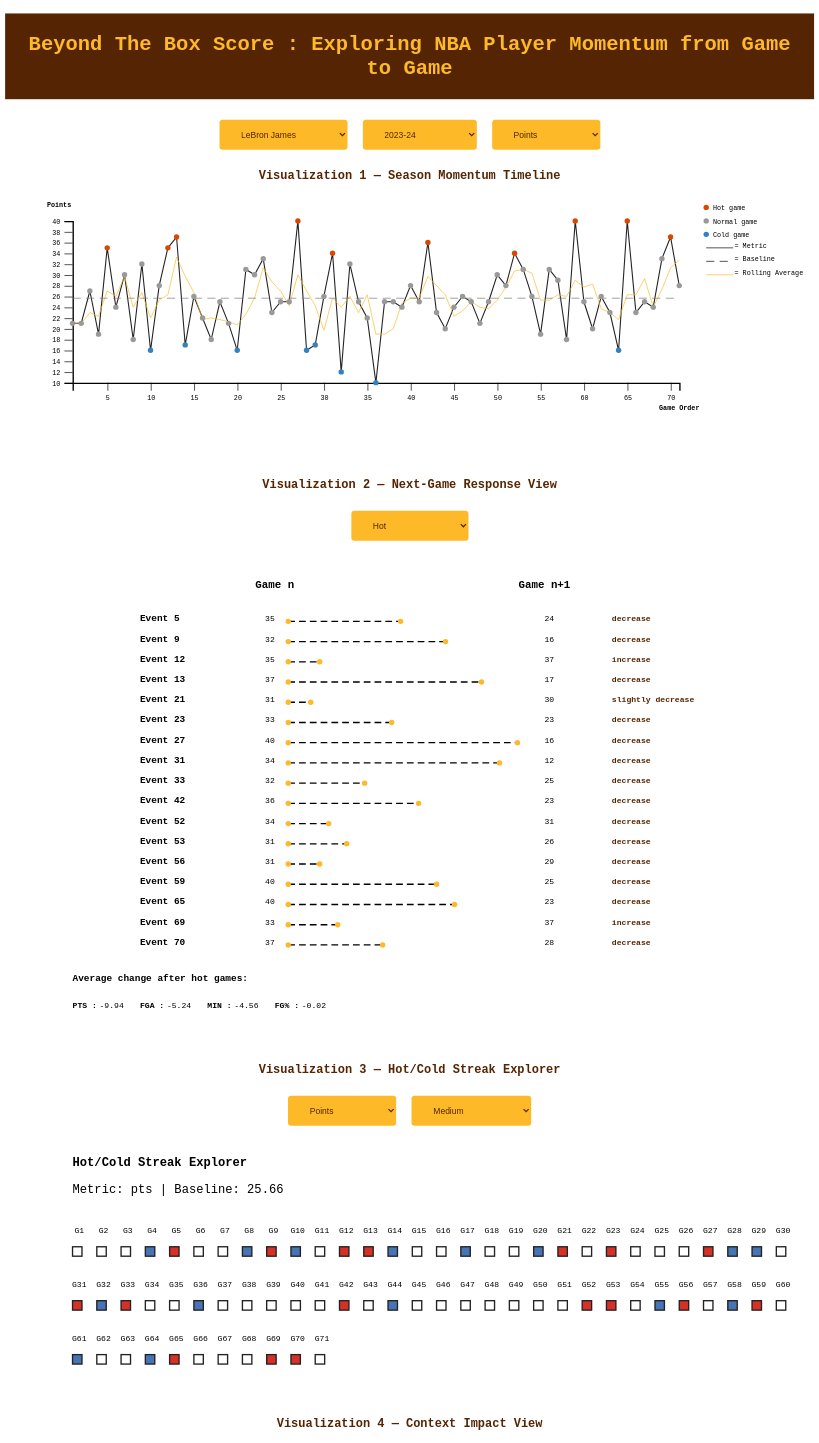
Repository: houdafatih/Data-Viz-Project
Page: index.html
These files come from the project's save history. The page is drawn as it stood at one moment and after the next save; the edit follows.
The browser window is 1280 px wide. The pictures show the whole page, at 64% of full size.

Above is the page before, as saved 2026-06-21 02:47:20.

### index.html
<!DOCTYPE html>
<html>
   <head>
    <meta charset="UTF-8"/>
    <title>Beyond The Box Score</title>
    <link rel="stylesheet" href="style.css" >
  </head>
  <body>
     <h1>Beyond The Box Score : Exploring NBA Player Momentum from Game to Game</h1>

     <div class="selection">
        <select id="playerSelect">
            <option selected disabled>Select a Player</option>
        </select>

        <select id="seasonSelect">
            <option selected disabled>Select a Season</option>
        </select>

        <select id="metricSelect">
            <option selected disabled>Select a metric</option>
            <option value="pts">Points</option>
            <option value="fga">FGA</option>
            <option value="min">Minutes</option>
            <option value="fg_pct">FG%</option>
            <option value="plus_minus">Plus/Minus</option>
        </select>
     </div>

     <h3>Visualization 1 — Season Momentum Timeline</h3>
     <div id="vizual1"></div>

     <h3>Visualization 2 — Next-Game Response View</h3>
     <div class="selection">
        <select id="performanceSelect">
            <option selected disabled>Select event type</option>
            <option value="all">All</option>
            <option value="hot">Hot</option>
            <option value="cold">Cold</option>
            <option value="normal">Normal</option>
        </select>
     </div>
     <div id="vizual2"></div>

     <h3>Visualization 3 — Hot/Cold Streak Explorer</h3>
     <div class="selection">
        <select id="metricSelectV3">
            <option selected disabled>Select a metric</option>
            <option value="pts">Points</option>
            <option value="fga">FGA</option>
            <option value="min">Minutes</option>
            <option value="fg_pct">FG%</option>
            <option value="plus_minus">Plus/Minus</option>
        </select>
        <select id="thresholdSelect">
        <option selected disabled>Select a threshold</option>
            <option value="loose">Loose</option>
            <option value="medium">Medium</option>
            <option value="strict">Strict</option>
        </select>
     </div>
     <div id="vizual3"></div>


     <h3>Visualization 4 — Context Impact View</h3>
     <div id="vizual4"></div>

  </body>
  <script src="https://d3js.org/d3.v7.min.js"></script>
  <script type="module" src="index.js"></script>
</html>

### style.css
body{
    padding: 0px;
}
h1{
  text-align: center;
  font-size: 2rem;
  font-family: "Courier New", Courier, monospace;
  color : #fdb927;
  background-color: #552503;
  padding: 30px;

}
.selection{
    text-align: center;
}
select{
    margin: 10px;
    padding: 15px 30px;
    border-radius: 5px;
    border: none;
    background: #fdb927;
    color:#552503;

}
select option:hover{
    background-color: #fdb927;
}



h3{
    color: #552503;
    font-family: "Courier New", Courier, monospace;
    text-align: center;
}
.tick{
    font-size: 5px;
}
line{
    stroke-width: 0.5px;
}
.label{
    color: #552503;
    font-family: "Courier New", Courier, monospace;
    font-weight: bold;
}

.tooltip{
    position: fixed;
    background: wheat;
    border: 1px solid #ccc;
    padding: 10px;
    font-size: 15px;
    opacity: 0;
    pointer-events: none;

}
text{
    font-family: "Courier New", Courier, monospace;
}
.tooltip2{
    position: fixed;
    background: #fdb927;
    border: 1px solid #ccc;
    padding: 10px;
    font-size: 15px;
    visibility: hidden;
    pointer-events: none;
}
.line2{
    stroke-width: 1px;
}

### index.js
import {playersData,seasonData} from "./scripts/utils.js";
import { drawVisualization1 } from "./scripts/visualization1.js";
import { drawVisualization2 } from "./scripts/visualization2.js";
import { drawVisualization3 } from "./scripts/visualization3.js";

d3.csv("data/nba.csv").then(function(data){

   data.forEach(element => {
        element.player_id = +element.player_id
        element.game_index = +element.game_index
        element.pts = +element.pts
        element.fga = +element.fga
        element.min = +element.min
        element.fg_pct = +element.fg_pct
        element.plus_minus = +element.plus_minus
        element.next_pts = +element.next_pts
        element.next_fga = +element.next_fga
        element.next_min = +element.next_min
        element.next_fg_pct = +element.next_fg_pct
        element.rolling_pts_avg_3 = +element.rolling_pts_avg_3
        element.baseline_pts = +element.baseline_pts
        element.pts_diff_from_baseline = +element.pts_diff_from_baseline
        element.streak_length = +element.streak_length
   });

   playersData(data)
   seasonData(data)

   const nba_data = data

   d3.select("#playerSelect").property("value",nba_data[0].player_name)

   d3.select("#seasonSelect").property("value",nba_data[0].season_year)

   d3.select("#metricSelect").property("value","pts")

   d3.select("#performanceSelect").property("value","hot")

   d3.select("#metricSelectV3").property("value","pts")

   d3.select("#thresholdSelect").property("value","medium")

   updateVisualizations(nba_data)


   d3.select("#playerSelect").on("change",() => updateVisualizations(nba_data))
   d3.select("#seasonSelect").on("change",() => updateVisualizations(nba_data))
   d3.select("#metricSelect").on("change",() => updateVisualizations(nba_data))
   d3.select("#performanceSelect").on("change",() => updateVisualizations(nba_data))
   d3.select("#metricSelectV3").on("change",() => updateVisualizations(nba_data))
   d3.select("#thresholdSelect").on("change",() => updateVisualizations(nba_data))

})

function updateVisualizations(nba_data){
    const player = d3.select("#playerSelect").property("value")
    const season = d3.select("#seasonSelect").property("value")
    const metric = d3.select("#metricSelect").property("value")

    const eventT = d3.select("#performanceSelect").property("value")

    const metricv3 = d3.select("#metricSelectV3").property("value")
    const threshold =d3.select("#thresholdSelect").property("value")

    if(player === "Select a Player" || season === "Select a Season" || metric === "Select a metric"){
        return
    }

    let data_filter = nba_data.filter(d => d.player_name === player && d.season_year == season)
    drawVisualization1(data_filter,"#vizual1",metric)

    if(eventT === "Select event type"){
        return
    }
    drawVisualization2(data_filter,"#vizual2",metric,eventT)

    if(metricv3 === "Select a metric" || threshold === "Select a threshold"){
        return
    }
    drawVisualization3(data_filter,"#vizual3",metricv3,threshold)
}

### scripts/utils.js
export function playersData(data){
    const players_list = [...new Set(data.map(dt => dt.player_name))]

    d3.select("#playerSelect").selectAll(".players-options").data(players_list)
    .enter().append("option").attr("class","players-options").attr("value",dt=>dt).text(dt => dt)
}

export function seasonData(data){
    const seasons_list = [...new Set(data.map(dt => dt.season_year))]
    d3.select("#seasonSelect").selectAll(".seasons-options").data(seasons_list)
    .enter().append("option").attr("class","seasons-options").attr("value",dt=>dt).text(dt => dt)
}

### scripts/visualization1.js
export function drawVisualization1(data,id,metric){
     if(data.length === 0) {
        clearCanvas(id)
        return
    }
     const canvas = createCanvas()

     clearCanvas(id)

     const svg = addSvg(id,canvas)
     const sc = addScales(data,canvas,metric)

     addAxes(svg,sc,canvas)
     addMetricLine(svg,sc,data,metric)
     addAverageLine(svg,sc,data,metric)
     addBaselineLine(svg,sc,data,metric)
     addPoints(svg,sc,data,metric)
     addLabels(svg,canvas,metric)

     addLegends(svg,canvas)
}

function createCanvas(){
    return{
        width : 600, height: 200, margin:{top: 20,right:100, bottom:60, left:50}
    }
}

function clearCanvas(id){
    d3.select(id).html("")
}

function addSvg(id,canvas){
    return d3.select(id).append("svg").attr("viewBox",`0 0 ${canvas.width} ${canvas.height}`)
}

function addScales(data,canvas,metric){
    const xScale =
    d3.scaleLinear().domain(d3.extent(data,dt => dt.game_index))
    .range([canvas.margin.left,canvas.width - canvas.margin.right])

    const yScale =
      d3.scaleLinear().domain([d3.min(data,d => d[metric]),d3.max(data,d => d[metric])])
      .nice().range([canvas.height - canvas.margin.bottom,canvas.margin.top])

    return {xScale,yScale}
}

function addAxes(svg, scales, canvas){
    svg.append("g").attr("transform",`translate(0, ${canvas.height - canvas.margin.bottom})`)
    .call(d3.axisBottom(scales.xScale))

    svg.append("g").attr("transform",`translate(${canvas.margin.left},0)`)
    .call(d3.axisLeft(scales.yScale))
}

function addMetricLine(svg,scales,data,metric){
    let line = d3.line().x(d => scales.xScale(d.game_index)).y(d => scales.yScale(d[metric]))

    svg.append("path").datum(data).attr("fill","none").attr("stroke","#222")
     .attr("stroke-width",0.8).attr("d",line)
}

function addAverageLine(svg,scales,data,metric){
    if(metric != "pts") return
    let avg_line = d3.line().x(d => scales.xScale(d.game_index)).y(d => scales.yScale(d.rolling_pts_avg_3))

    svg.append("path").datum(data).attr("fill","none").attr("stroke","#fdb927")
     .attr("stroke-width",0.5).attr("d",avg_line)
}

function addBaselineLine(svg,scales,data,metric){

    let base_line = d3.mean(data,d => d[metric])


    svg.append("line")
    .attr("x1",scales.xScale(d3.min(data,dt => dt.game_index))).attr("x2",scales.xScale(d3.max(data,dt => dt.game_index)))
    .attr("y1",scales.yScale(base_line)).attr("y2",scales.yScale(base_line))
    .attr("stroke","#777").attr("stroke-dasharray","6 4")
}

function addPoints(svg,scales,data,metric){
    const tooltip = toolTip()

    svg.selectAll("circle").data(data).enter()
     .append("circle").attr("class","game-pt")
     .attr("cx", d => scales.xScale(d.game_index))
     .attr("cy",d => scales.yScale(d[metric]))
     .attr("r",2).attr("fill",d => colorPoint(d.performance_label))
     .on("mouseover",function(event,d){
        d3.select(this).attr("r",3)
        tooltip.style("opacity",1).html(tooltipInformations(d))
     })
     .on("mousemove",function(event){
        tooltip.style("left",event.clientX+15+"px")
          .style("top",event.clientY-20+"px")
     })
     .on("mouseout",function(){
        d3.select(this)
        .attr("r",2)
        tooltip.style("opacity",0)
     })
     //.on("click",function(event,d){
       // highlightGameandNextGame(svg,data,d)
    // })



}

function colorPoint(perf){
    if(perf === "hot") return "#d94801"
    if(perf === "cold") return "#3182bd"
    return "#999"
}

function addLabels(svg,canvas,metric){
    svg.append("text").attr("class","label")
    .attr("x",canvas.width - 100).attr("y",canvas.height-40)
    .attr("text-anchor","middle").attr("font-size","5px")
    .text("Game Order")

    svg.append("text").attr("class","label")
    .attr("x",40).attr("y",10)
    .attr("text-anchor","middle").attr("font-size","5px")
    .text(metricName(metric))
}

function metricName(metric){
    if(metric === "pts") return "Points"
    if(metric === "fga") return "Field Goal Attempts"
    if(metric === "min") return "Minutes"
    if(metric === "fg_pct") return "Field Goal Percentage"
    if(metric === "plus_minus") return "Plus / Minus"
}

function addLegends(svg,canvas){
    const lg = svg.append("g").attr("transform",
        `translate(${canvas.width - canvas.margin.right+20},${canvas.margin.top-10})`)


    lg.append("circle").attr("cx",0).attr("cy",0).attr("r",2).attr("fill","#d94801")
    lg.append("text").attr("x",5).attr("y",2).text("Hot game").attr("font-size","5px")

    lg.append("circle").attr("cx",0).attr("cy",10).attr("r",2).attr("fill","#999")
    lg.append("text").attr("x",5).attr("y",12).text("Normal game").attr("font-size","5px")

    lg.append("circle").attr("cx",0).attr("cy",20).attr("r",2).attr("fill","#3182bd")
    lg.append("text").attr("x",5).attr("y",22).text("Cold game").attr("font-size","5px")


    lg.append("line").attr("x1",0).attr("x2",20).attr("y1",30).attr("y2",30)
    .attr("stroke","black").attr("stroke-width",2)
    lg.append("text").attr("x",21).attr("y",30).text(" = Metric").attr("font-size","5px")

    lg.append("line").attr("x1",0).attr("x2",20).attr("y1",40).attr("y2",40)
    .attr("stroke","black").attr("stroke-dasharray","6 4")
    lg.append("text").attr("x",21).attr("y",40).text(" = Baseline").attr("font-size","5px")

    lg.append("line").attr("x1",0).attr("x2",20).attr("y1",50).attr("y2",50)
    .attr("stroke-width",2).attr("stroke","#fdb927")
    lg.append("text").attr("x",21).attr("y",50).text(" = Rolling Average").attr("font-size","5px")
}

function toolTip(){
    let tooltip = d3.select("body").select(".tooltip")
    if(tooltip.empty()){
        tooltip = d3.select("body").append("div").attr("class","tooltip")
    }

    return tooltip
}

function tooltipInformations(data){
    return `<strong> Game ${data.game_index} </strong><br>
            Date : ${data.game_date}<br>
            Home/Away : ${data.home_away}<br>
            Points : ${data.pts}<br>
            Minutes : ${data.min}<br>
            FGA : ${data.fga}<br>
            Next Game Points : ${data.next_pts}<br>`
}

function highlightGameandNextGame(svg,data,selected){
    const nextG = data.find(d => d.game_index === selected.game_index + 1)

    svg.selectAll(".game-point").attr("r",8).attr("stroke","none").attr("opacity",0.4)

    svg.selectAll(".game-point").filter(d => d.game_index === selected.game_index)
    .attr("stroke","black").attr("stroke-width",3).attr("r",5).attr("opacity",1)

    if(nextG){
        svg.selectAll(".game-point").filter(d => d.game_index === nextG.game_index)
       .attr("stroke","#3182bd").attr("stroke-width",3).attr("r",8).attr("opacity",1)
    }
}

### scripts/visualization2.js
export function drawVisualization2(data,id,metric,eventT){
    if(data.length === 0) {
        clearCanvas(id)
        return
    }


     let new_data = createData(data,metric)

     if(eventT !== "all"){
        new_data = new_data.filter(d => performance_filter(d.current_g,data,metric) === eventT)
     }

     const canvas = createCanvas(new_data)

     clearCanvas(id)

     const svg = addSvg(id,canvas)

     draw_Header(svg,200,400)
     draw_Rows(svg,new_data,200,400,canvas.margin,15)
     addSummaryCard(svg,new_data,eventT,canvas)

}
function createCanvas(new_data){
    return{
        width : 600, height: 100 + new_data.length *16 , margin:{top: 20,right:100, bottom:60, left:50}
    }
}

function clearCanvas(id){
    d3.select(id).html("")
}

function addSvg(id,canvas){
    return d3.select(id).append("svg").attr("viewBox",`0 0 ${canvas.width} ${canvas.height}`)
}

function createData(data,metric){
   const new_data = data.slice().sort((a,b) => a.game_index - b.game_index)

   return new_data.slice(0,-1).map((d,j) => {
      const nextG = new_data[j+1]

      return {
        eventN: j+1,
        game_idx : d.game_index,
        nextg_index : nextG.game_index,
        current_v: d[metric],
        next_v : nextG[metric],
        difference : nextG[metric] - d[metric],
        current_g : d,
        next_g : nextG
      }
   })
}

function draw_Header(svg,left,right){
    svg.append("text").attr("x",left).attr("y",30)
    .attr("text-anchor","middle").attr("font-weight","bold").attr("font-size","8px").text("Game n")

    svg.append("text").attr("x",right).attr("y",30)
    .attr("text-anchor","middle").attr("font-weight","bold").attr("font-size","8px").text("Game n+1")

}

function draw_Rows(svg,new_data,left,right,margin,r_height){
    const tooltip = toolTip2(new_data)

    const rows = svg.selectAll(".response-row").data(new_data).enter()
     .append("g").attr("class","response-row")
     .attr("transform",(d,j) => `translate(0,${margin.top+j*r_height})`)

    rows.append("text").attr("x",100).attr("y",35).text(d =>`Event ${d.eventN}` )
     .attr("font-size","7px").attr("font-weight","bold")
    rows.append("text").attr("x",left).attr("y",35).attr("text-anchor","end").text(d => d.current_v).attr("font-size","6px")

    const line_scale = d3.scaleLinear().domain([0,d3.max(new_data, d => Math.abs(d.difference))]).range([20,180])

    rows.append("line").attr("x1",left+10).attr("class","line2")
    .attr("x2",d => { const l= line_scale(Math.abs(d.difference))
        return left+l

    })
    .attr("y1",35).attr("y2",35).attr("stroke","black").attr("stroke-dasharray","5 3")
    .on("mouseover",function(event,d){
        tooltip.style("visibility","visible").html(tooltipInformations2(d))
     })
     .on("mousemove",function(event){
        tooltip.style("left",event.clientX+15+"px")
          .style("top",event.clientY-20+"px")
     })
     .on("mouseout",function(){
        tooltip.style("visibility","hidden")
     })

    rows.append("circle").attr("cx",left+10).attr("cy",35).attr("r",2).attr("fill","#fdb927")
    rows.append("circle").attr("cx",d => { const l= line_scale(Math.abs(d.difference))
        return left+l

    }).attr("cy",35).attr("r",2).attr("fill","#fdb927")

    rows.append("text").attr("x",right).attr("y",35).text(d => d.next_v).attr("font-size","6px")

    rows.append("text").attr("x",right+50).attr("y",35).text(d => difference_label(d.difference))
    .attr("font-size","6px").attr("fill","#552503").attr("font-weight","bold")

}

function difference_label(diff){
    if(diff > 1) return "increase"
    if(diff < -1) return "decrease"
    if(diff < 0) return "slightly decrease"
    if(diff > 0) return "slightly increase"
    return "stable"
}

function performance_filter(d,data,metric){
   const bLine = d3.mean(data,dt => dt[metric])
   const th = Math.abs(bLine) * 0.2
   const dv = d[metric] - bLine

   if(dv > th) return "hot"
   if(dv < -th) return "cold"
   return "normal"
}

function addSummaryCard(svg,new_data,eventT,canvas){

    svg.append("text").attr("x",50).attr("y",canvas.height-50)
    .attr("font-weight","bold").text(`Average change after ${eventT} games:`).attr("font-size","7px")

    const metrics_change = new_data.map(d => {
        const pts = d.current_g["next_pts"] - d.current_g["pts"]
        const fga = d.current_g["next_fga"] - d.current_g["fga"]
        const min = d.current_g["next_min"] - d.current_g["min"]
        const fg_pct = d.current_g["next_fg_pct"] - d.current_g["fg_pct"]

        return {"pts":pts,"fga":fga,"min":min,"fg_pct":fg_pct}
    })

    const means = [
        {"avg":d3.mean(metrics_change,d => d.pts),"name":"PTS"},
        {"avg":d3.mean(metrics_change,d => d.fga),"name":"FGA"},
        {"avg":d3.mean(metrics_change,d => d.min),"name":"MIN"},
        {"avg":d3.mean(metrics_change,d => d.fg_pct),"name":"FG%"}
    ]

    means.forEach((element,i) => {
        let position = canvas.margin.left+i*50
        svg.append("text").attr("x",position).attr("y",canvas.height-30)
        .attr("font-size","6px").attr("font-weight","bold")
        .text(`${element.name} : `)
        svg.append("text").attr("x",position+20).attr("y",canvas.height-30)
        .attr("font-size","6px")
        .text(`${element.avg.toFixed(2)}`)

    });

}

function toolTip2(){
    let tooltip = d3.select("body").select(".tooltip2")
    if(tooltip.empty()){
        tooltip = d3.select("body").append("div").attr("class","tooltip2")
    }

    return tooltip
}

function tooltipInformations2(data){
    console.log(data)
    return `<strong> Game n - Date: ${data.current_g["game_date"]} </strong><br>
            <strong> Game n - Opponent: ${data.current_g["opponent"]} </strong><br>
            <strong> Game n - Points: ${data.current_g["pts"]} </strong><br>
            <strong> Game n+1 - Date: ${data.next_g["game_date"]} </strong><br>
            <strong> Game n+1 - Opponent: ${data.next_g["opponent"]} </strong><br>
            <strong> Game n+1 - Points: ${data.next_g["pts"]} </strong><br>
    `
}

### scripts/visualization3.js
export function drawVisualization3(data,id,metric,threshold){
     if(data.length === 0) {
        clearCanvas(id)
        return
    }
     const canvas = createCanvas()

     clearCanvas(id)

     const svg = addSvg(id,canvas)

     const baseline_classif = calculateBaselineAndClassifyGames(data,metric)
     const scale = colorScale()

     addTitle(svg,canvas,baseline_classif.baseline,metric)

     addLablels(svg,baseline_classif.classification,canvas)

     addCells(svg,baseline_classif.classification,canvas,scale)

}

function createCanvas(){
    return{
        width : 600, height: 200, margin:{top: 20,right:100, bottom:60, left:50}
    }
}

function clearCanvas(id){
    d3.select(id).html("")
}

function addSvg(id,canvas){
    return d3.select(id).append("svg").attr("viewBox",`0 0 ${canvas.width} ${canvas.height}`)
}

function calculateBaselineAndClassifyGames(data,metric)
{
  const baseline = d3.mean(data,dt=> dt[metric])

  const classification = data.map((d,j)=> {
    let perf_label = ""
    if(d[metric] > baseline + 5){
        perf_label = "hot"
    }else if(d[metric] < baseline - 5){
        perf_label = "cold"
    }
    else perf_label = "normal"

    return {
        ...d,
        g_num : j+1,
        perf_label:perf_label,
        difference : d[metric] - baseline
    }
  })

    return{
        baseline : baseline,
        classification : classification
    }
}

function colorScale(){
    const color_sc = d3.scaleOrdinal()
    .domain(["hot","normal","cold"])
    .range(["#d73027","#fff","#4575b4"])
    return color_sc
}

function addTitle(svg,canvas,baseline,metric){
    svg.append("text").attr("x",canvas.margin.left).attr("y",25).attr("font-size","9px")
    .attr("font-weight","bold").text("Hot/Cold Streak Explorer")

    svg.append("text").attr("x",canvas.margin.left).attr("y",45).attr("font-size","9px")
    .text(`Metric: ${metric} | Baseline: ${baseline.toFixed(2)}`)
}

function addLablels(svg, classification,canvas){
    const num = 30
    svg.selectAll(".game-label").data(classification).enter().append("text").attr("class","game-label")
    .attr("x",(d,j) => canvas.margin.left + (j%num) * 18 + 10 /2).attr("y",(d,j) => 75 + (Math.floor(j/num))*40)
    .attr("text-anchor","middle").attr("font-size","6px").text(d => `G${d.g_num}`)
}

function addCells(svg, classification,canvas,scale){
    const num = 30
    svg.selectAll(".game-cell").data(classification).enter().append("rect").attr("class","game-cell")
    .attr("x",(d,j) => canvas.margin.left + (j%num) * 18).attr("y",(d,j) => 85 + (Math.floor(j/num))*40).attr("width",7).attr("height",7)
    .attr("fill",d => scale(d.perf_label)).attr("stroke","#222").attr("stroke-width",1)
}

After the next save:
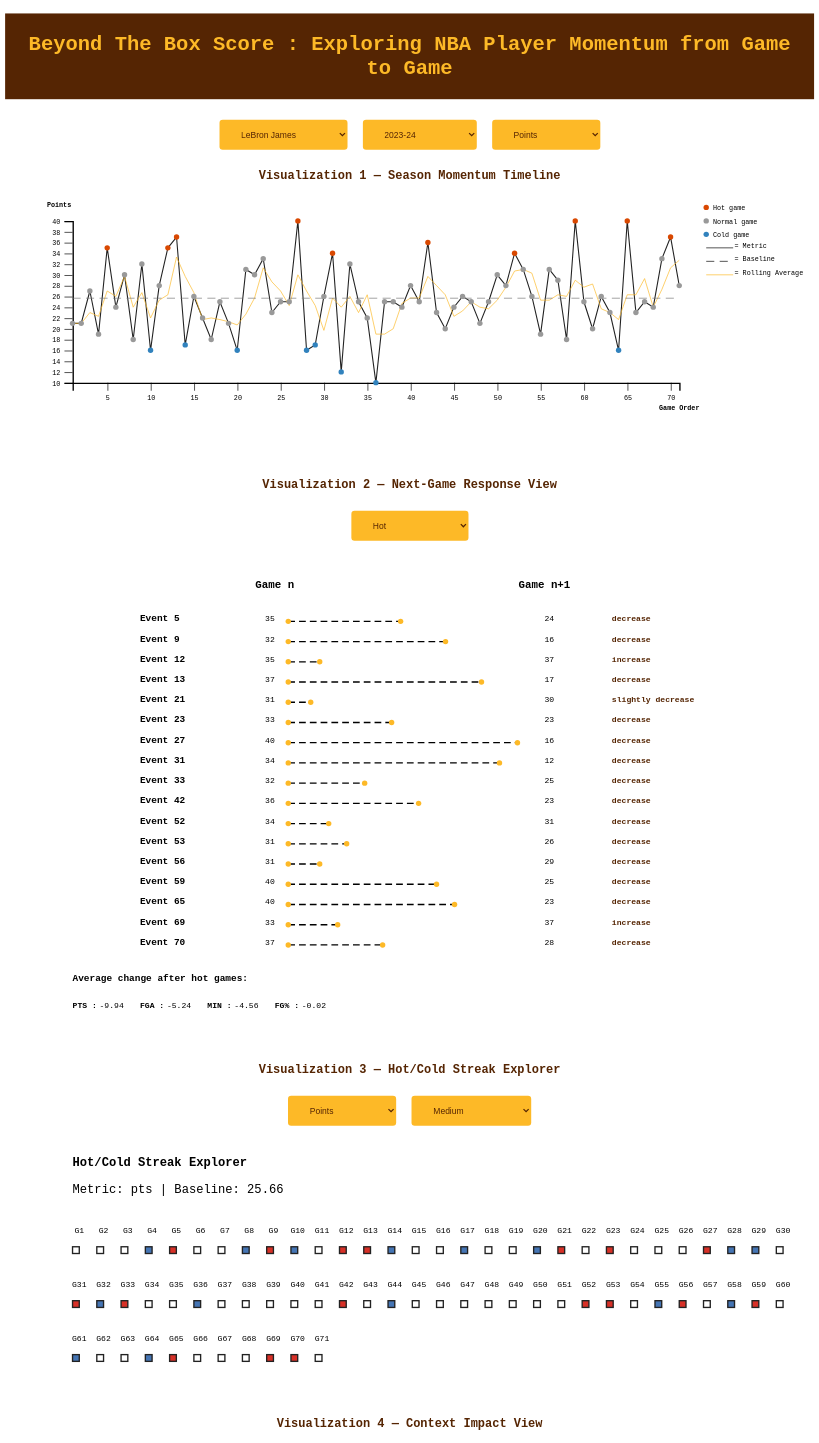
Saved 41 s later.
--- a/scripts/visualization3.js
+++ b/scripts/visualization3.js
@@ -86,6 +86,6 @@
 function addCells(svg, classification,canvas,scale){
     const num = 30
     svg.selectAll(".game-cell").data(classification).enter().append("rect").attr("class","game-cell")
-    .attr("x",(d,j) => canvas.margin.left + (j%num) * 18).attr("y",(d,j) => 85 + (Math.floor(j/num))*40).attr("width",7).attr("height",7)
+    .attr("x",(d,j) => canvas.margin.left + (j%num) * 18).attr("y",(d,j) => 85 + (Math.floor(j/num))*40).attr("width",5).attr("height",5)
     .attr("fill",d => scale(d.perf_label)).attr("stroke","#222").attr("stroke-width",1)
 }
